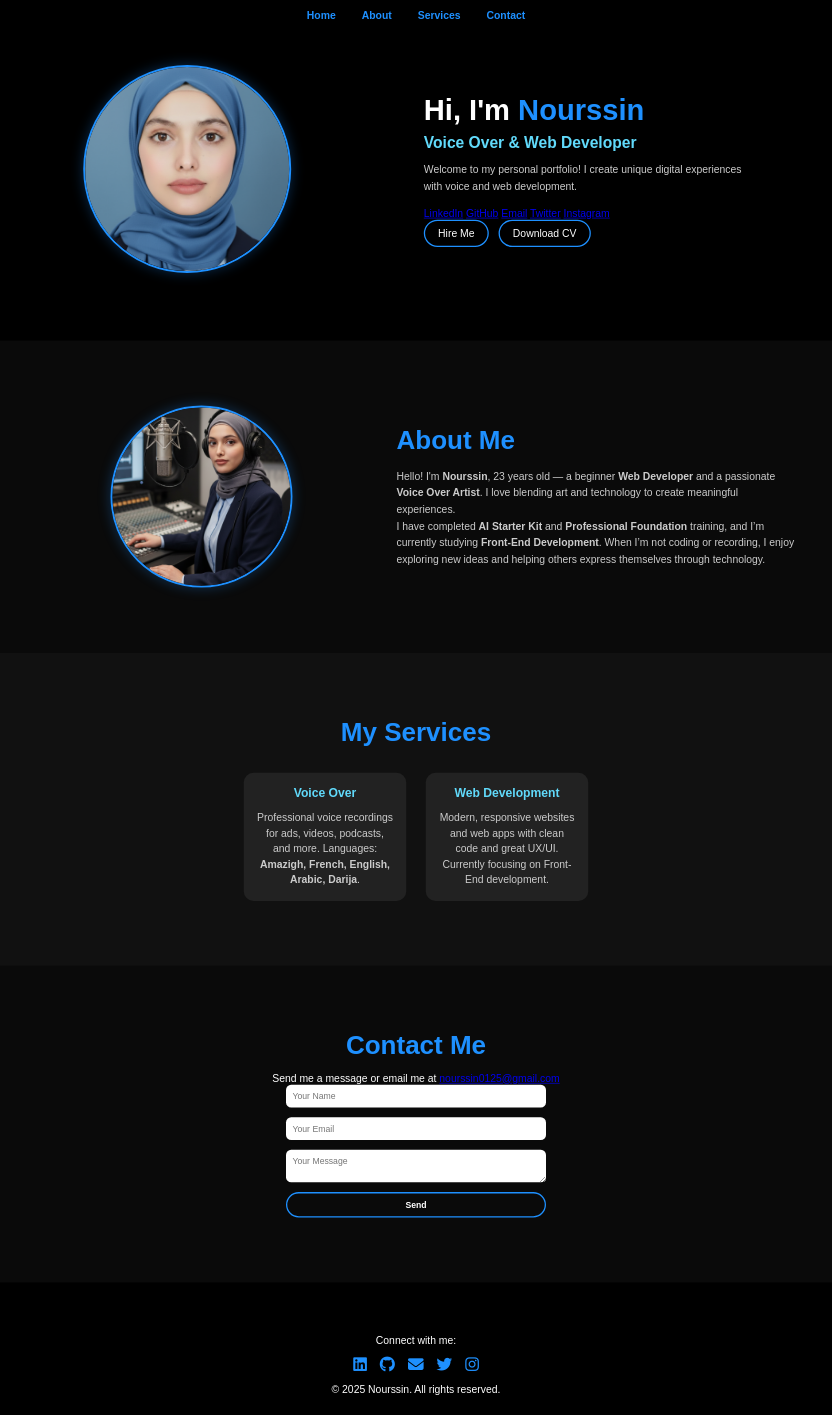
Repository: Abidar-Noura/portfolio
Page: index.html
An editor plug-in stored every save of this project. The page is shown before and after the next save, followed by the edit.
The browser window is 1280 px wide. The pictures show the whole page, at 65% of full size.

Above is the page before, as saved 2025-11-02 13:17:27.

### index.html
<!DOCTYPE html>
<html lang="en">
<head>
  <link rel="stylesheet" href="https://cdnjs.cloudflare.com/ajax/libs/font-awesome/6.4.0/css/all.min.css"/>
  <meta charset="UTF-8">
  <meta name="viewport" content="width=device-width, initial-scale=1.0">
  <title>Portfolio - Nourssin</title>
  <link rel="stylesheet" href="style.css">
</head>
<body>

  <!-- ===== HEADER / NAVIGATION ===== -->
  <header>
    <nav>
      <ul>
        <li><a href="#home">Home</a></li>
        <li><a href="#about">About</a></li>
        <li><a href="#services">Services</a></li>
        <li><a href="#contact">Contact</a></li>
      </ul>
    </nav>
  </header>

  <!-- ===== HOME SECTION ===== -->
  <section class="home" id="home">
    <div class="home-content">
      <h1>Hi, I'm <span>Nourssin</span></h1>
      <h2>Voice Over & Web Developer</h2>
      <p>Welcome to my personal portfolio! I create unique digital experiences with voice and web development.</p>
       <!-- SOCIAL ICONS -->
        <div class="socials">
          <a href="https://www.linkedin.com/in/nourssin" target="_blank">LinkedIn</a>
          <a href="https://github.com/Nourssin" target="_blank">GitHub</a>
          <a href="mailto:nourssin0125@gmail.com">Email</a>
          <a href="https://twitter.com/Nourssin" target="_blank">Twitter</a>
          <a href="https://instagram.com/Nourssin" target="_blank">Instagram</a>
        </div>

      <div class="buttons">
        <a href="#contact" class="btn hire">Hire Me</a>
        <a href="files/Nourssin-CV.pdf" class="btn" download>Download CV</a>

      </div>
    </div>
    <div class="home-img">
      <img src="images/profile.png" alt="Nourssin Profile">
    </div>
  </section>



  <!-- ===== ABOUT SECTION ===== -->
 <section id="about" class="about">
  <div class="about-content">

    <!-- الصورة فاليسار -->
    <div class="about-img">
      <img src="images/nourssin-about.png" alt="Nourssin About Photo">
    </div>

    <!-- النص فاليمين -->
    <div class="about-text">
      <h2>About Me</h2>
      <p>
        Hello! I'm <strong>Nourssin</strong>, 23 years old — a beginner <strong>Web Developer</strong> and a passionate <strong>Voice Over Artist</strong>.
        I love blending art and technology to create meaningful experiences.
      </p>
      <p>
        I have completed <strong>AI Starter Kit</strong> and <strong>Professional Foundation</strong> training, and I’m currently studying <strong>Front-End Development</strong>.
        When I’m not coding or recording, I enjoy exploring new ideas and helping others express themselves through technology.
      </p>
    </div>

  </div>
</section>




  <!-- ===== SERVICES SECTION ===== -->
  <section id="services" class="services">
  <h2>My Services</h2>

  <div class="service-cards">

    <!-- Voice Over -->
    <div class="card">
      <h3>Voice Over</h3>
      <p>
        Professional voice recordings for ads, videos, podcasts, and more.
        Languages: <strong>Amazigh, French, English, Arabic, Darija</strong>.
      </p>
    </div>

    <!-- Web Development -->
    <div class="card">
      <h3>Web Development</h3>
      <p>
        Modern, responsive websites and web apps with clean code and great UX/UI.
        Currently focusing on Front-End development.
      </p>
    </div>

  </div>
</section>

  <!-- ===== CONTACT SECTION ===== -->
  <section class="contact" id="contact">
    <h2>Contact Me</h2>
    <p>Send me a message or email me at <a href="mailto:nourssin0125@gmail.com">nourssin0125@gmail.com</a></p>
    <form>
      <input type="text" placeholder="Your Name" required>
      <input type="email" placeholder="Your Email" required>
      <textarea placeholder="Your Message" required></textarea>
      <button type="submit">Send</button>
    </form>
  </section>
<!-- ===== FOOTER ===== -->
<footer>
  <p>Connect with me:</p>
  <div class="footer-socials">
    <a href="https://www.linkedin.com/in/nourssin" target="_blank"><i class="fab fa-linkedin"></i></a>
    <a href="https://github.com/Nourssin" target="_blank"><i class="fab fa-github"></i></a>
    <a href="mailto:nourssin@example.com"><i class="fas fa-envelope"></i></a>
    <a href="https://twitter.com/Nourssin" target="_blank"><i class="fab fa-twitter"></i></a>
    <a href="https://instagram.com/Nourssin" target="_blank"><i class="fab fa-instagram"></i></a>
  </div>
  <p>&copy; 2025 Nourssin. All rights reserved.</p>
</footer>

</body>
</html>

### style.css
/* ===== RESET ===== */
* {
  margin: 0;
  padding: 0;
  box-sizing: border-box;
  font-family: 'Poppins', sans-serif;
}

/* ===== BODY ===== */
body {
  background-color: #000;
  color: #fff;
  scroll-behavior: smooth;
}

/* ===== HEADER ===== */
header {
  position: fixed;
  top: 0;
  width: 100%;
  background-color: #000;
  z-index: 1000;
  padding: 15px 0;
}

header nav ul {
  display: flex;
  justify-content: center;
  list-style: none;
  gap: 40px;
}

header nav ul li a {
  text-decoration: none;
  color: #1E90FF;
  font-weight: bold;
  transition: 0.3s;
}

header nav ul li a:hover {
  color: #61dafb;
}

/* ===== HOME SECTION ===== */
.home {
  display: flex;
  align-items: center;
  justify-content: space-between;
  padding: 100px 10%;
  background-color: #000;
  color: #fff;
  flex-wrap: wrap;
}

/* الصورة فاليسار */
.home-img {
  order: 1;
}

.home-img img {
  width: 320px;
  height: 320px;
  border-radius: 50%;
  border: 3px solid #1E90FF;
  object-fit: cover;
  box-shadow: 0 0 20px rgba(30,144,255,0.3);
  transition: transform 0.3s ease;
}

.home-img img:hover {
  transform: scale(1.05) rotate(2deg);
}

/* النص فاليمين */
.home-content {
  max-width: 500px;
  order: 2;
}

.home-content h1 {
  font-size: 2.8rem;
  margin-bottom: 10px;
}

.home-content h1 span {
  color: #1E90FF;
}

.home-content h2 {
  color: #61dafb;
  font-size: 1.5rem;
  margin-bottom: 15px;
}

.home-content p {
  color: #ccc;
  margin-bottom: 20px;
  line-height: 1.6;
}

.buttons {
  display: flex;
  gap: 15px;
}

.btn {
  text-decoration: none;
  color: white;
  padding: 10px 20px;
  border: 2px solid #1E90FF;
  border-radius: 25px;
  transition: 0.3s;
}

.btn:hover {
  background-color: #1E90FF;
  color: black;
}

/* ===== ABOUT SECTION ===== */
.about {
  padding: 100px 50px;
  background-color: #0a0a0a;
  color: #fff;
}

.about-content {
  display: flex;
  align-items: center;
  justify-content: space-between;
  gap: 40px;
  flex-wrap: wrap;
}

.about-text {
  flex: 1 1 400px;
}

.about-text h2 {
  color: #1E90FF;
  font-size: 2.5rem;
  margin-bottom: 20px;
}

.about-text p {
  color: #ccc;
  line-height: 1.6;
}

.about-img {
  flex: 1 1 300px;
  display: flex;
  justify-content: center;
}

.about-img img {
  width: 280px;
  height: 280px;
  border-radius: 50%;
  border: 3px solid #1E90FF;
  object-fit: cover;
  box-shadow: 0 0 20px rgba(30,144,255,0.3);
}

/* ===== SERVICES SECTION ===== */
.services {
  padding: 100px 50px;
  background-color: #111;
  color: #fff;
  text-align: center;
}

.services h2 {
  color: #1E90FF;
  margin-bottom: 40px;
  font-size: 2.5rem;
}

.service-cards {
  display: flex;
  flex-wrap: wrap;
  gap: 30px;
  justify-content: center;
}

.card {
  background-color: #222;
  padding: 20px;
  border-radius: 15px;
  width: 250px;
  transition: transform 0.3s, box-shadow 0.3s;
}

.card:hover {
  transform: translateY(-10px);
  box-shadow: 0 10px 20px rgba(30, 144, 255, 0.5);
}

.card h3 {
  color: #61dafb;
  margin-bottom: 15px;
}

.card p {
  color: #ccc;
  line-height: 1.5;
}

/* ===== CONTACT SECTION ===== */
.contact {
  padding: 100px 50px;
  background-color: #0a0a0a;
  color: #fff;
  text-align: center;
}

.contact h2 {
  color: #1E90FF;
  margin-bottom: 20px;
  font-size: 2.5rem;
}

.contact form {
  display: flex;
  flex-direction: column;
  gap: 15px;
  max-width: 400px;
  margin: 0 auto;
}

.contact input, .contact textarea {
  padding: 10px;
  border-radius: 8px;
  border: none;
}

.contact button {
  padding: 10px;
  border-radius: 25px;
  border: 2px solid #1E90FF;
  background-color: transparent;
  color: #fff;
  font-weight: bold;
  cursor: pointer;
  transition: 0.3s;
}

.contact button:hover {
  background-color: #1E90FF;
  color: black;
}

/* ===== RESPONSIVE ===== */
@media (max-width: 900px) {
  .home {
    flex-direction: column;
    text-align: center;
  }

  .home-img, .home-content {
    order: unset;
  }

  .home-img img {
    width: 250px;
    height: 250px;
    margin-bottom: 20px;
  }

  .about-content {
    flex-direction: column;
    text-align: center;
  }

  .about-img {
    margin-bottom: 20px;
  }
}
/* ===== Responsive (phones & tablets) ===== */
@media (max-width: 900px) {
  /* نخلي العناصر فوق بعضها */
  .home {
    flex-direction: column;
    text-align: center;
  }

  /* الصورة تطلع فوق */
  .home-img {
    order: 1;
  }

  /* النص ينزل تحت */
  .home-content {
    order: 2;
  }

  .home-img img {
    width: 250px;
    height: 250px;
    margin-bottom: 25px;
  }

  .home-content h1 {
    font-size: 2rem;
  }

  .home-content h2 {
    font-size: 1.2rem;
  }

  .home-content p {
    font-size: 0.95rem;
  }

  .buttons {
    justify-content: center;
  }
}
footer {
  background-color: #000;
  color: #fff;
  text-align: center;
  padding: 30px 20px;
  margin-top: 50px;
}

.footer-socials {
  display: flex;
  justify-content: center;
  gap: 20px;
  margin: 15px 0;
}

.footer-socials a {
  color: #1E90FF;
  font-size: 1.5rem;
  transition: 0.3s;
}

.footer-socials a:hover {
  color: #61dafb;
  transform: scale(1.2);
}

After the next save:
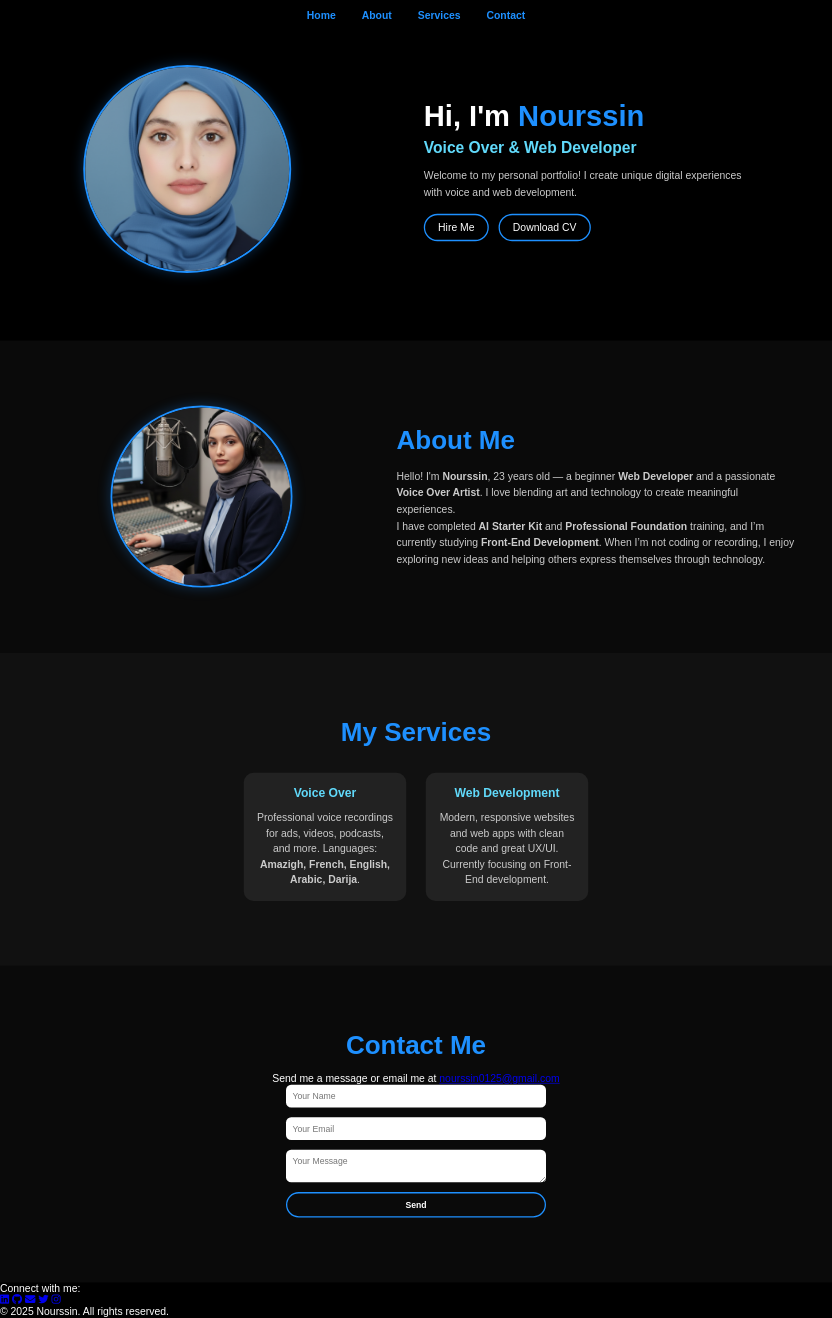
Saved 9 min 52 s later.
--- a/index.html
+++ b/index.html
@@ -27,14 +27,6 @@
       <h1>Hi, I'm <span>Nourssin</span></h1>
       <h2>Voice Over & Web Developer</h2>
       <p>Welcome to my personal portfolio! I create unique digital experiences with voice and web development.</p>
-       <!-- SOCIAL ICONS -->
-        <div class="socials">
-          <a href="https://www.linkedin.com/in/nourssin" target="_blank">LinkedIn</a>
-          <a href="https://github.com/Nourssin" target="_blank">GitHub</a>
-          <a href="mailto:nourssin0125@gmail.com">Email</a>
-          <a href="https://twitter.com/Nourssin" target="_blank">Twitter</a>
-          <a href="https://instagram.com/Nourssin" target="_blank">Instagram</a>
-        </div>
 
       <div class="buttons">
         <a href="#contact" class="btn hire">Hire Me</a>
--- a/style.css
+++ b/style.css
@@ -316,28 +316,3 @@ header nav ul li a:hover {
     justify-content: center;
   }
 }
-footer {
-  background-color: #000;
-  color: #fff;
-  text-align: center;
-  padding: 30px 20px;
-  margin-top: 50px;
-}
-
-.footer-socials {
-  display: flex;
-  justify-content: center;
-  gap: 20px;
-  margin: 15px 0;
-}
-
-.footer-socials a {
-  color: #1E90FF;
-  font-size: 1.5rem;
-  transition: 0.3s;
-}
-
-.footer-socials a:hover {
-  color: #61dafb;
-  transform: scale(1.2);
-}
